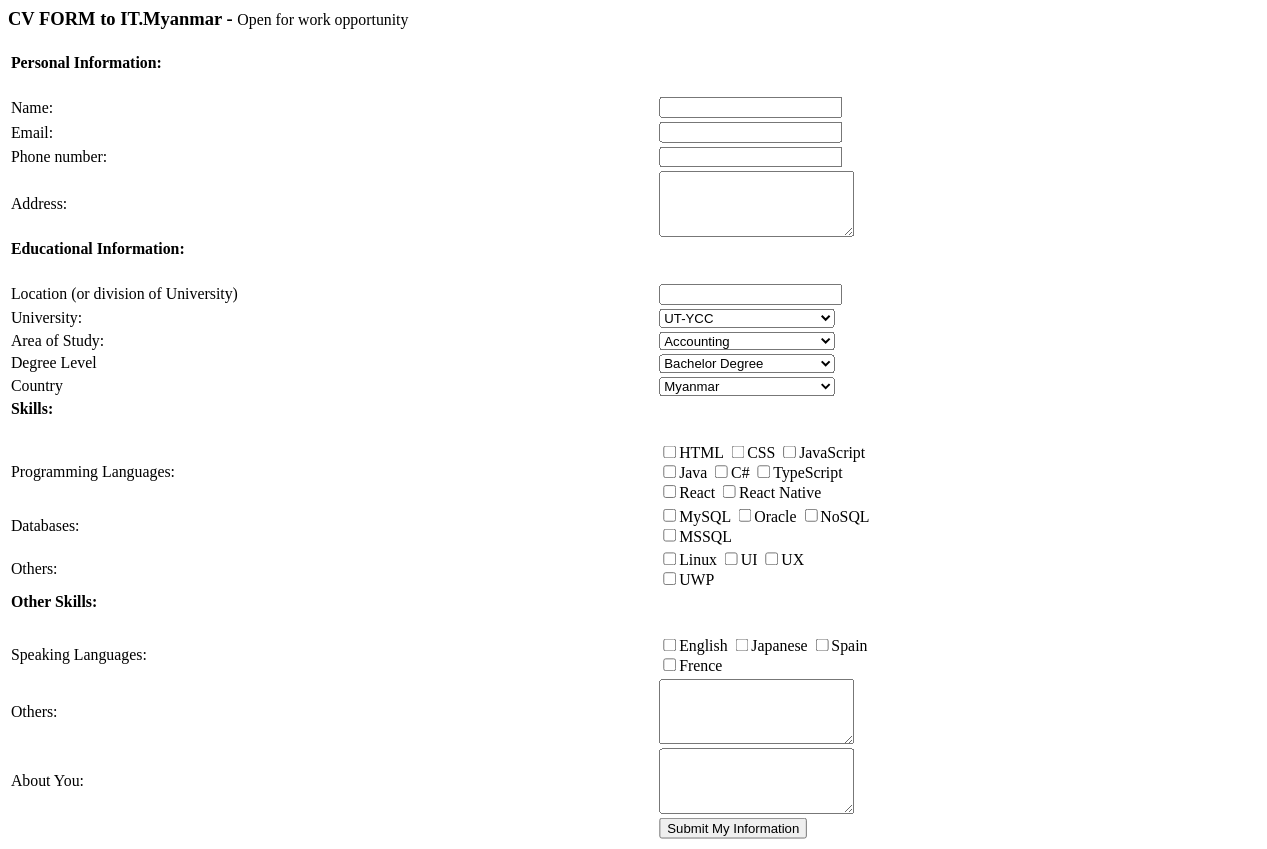
Repository: mrhpn/JavaEE--JSP-SERVLET
Page: JSP_JSTL/WebContent/cv-form.html
These files come from the project's save history. The page is drawn as it stood at one moment and after the next save; the edit follows.
The browser window is 1280 px wide. The pictures show the whole page, at 99% of full size.

Above is the page before, as saved 2021-04-01 10:39:14.

### JSP_JSTL/WebContent/cv-form.html
<h3 style="display:inline;">CV FORM to IT.Myanmar - </h3>
<span>Open for work opportunity</span>

<br><br>

<table style="width:100%">
  <tr>
    <th></th>
    <th></th>
  </tr>
  <tr>
    <td>
      <h4>Personal Information:</h4>
    </td>
  </tr>
  <tr>
    <td>
       Name:
    </td>
    <td>
       <input type="text" name="name" />
    </td>
  </tr>
  <tr>
     <td>
       Email:
    </td>
    <td>
       <input type="email" name="email" />
    </td>
  </tr>
  <tr>
     <td>
       Phone number:
    </td>
    <td>
       <input type="tel" name="phone" />
    </td>
  </tr>
  <tr>
     <td>
       Address:
    </td>
    <td>
      <textarea rows="4" cols="22"></textarea>
    </td>
  </tr>
  <tr>
    <td>
      <h4>Educational Information:</h4>
    </td>
  </tr>
  <tr>
     <td>
       Location (or division of University)
    </td>
    <td>
      <input type="text" name="division">
    </td>
  </tr>
   <tr>
     <td>
       University:
    </td>
    <td>
      <select name="university" required="required" style="width: 177px">
        <option disabled="disabled">Choose University</option>
        <option value="utycc">UT-YCC</option>
        <option value="ucsy">UCSY</option>
        <option value="ucsm">UCSM</option>
		  </select>
    </td>
  </tr>
  <tr>
     <td>
       Area of Study:
    </td>
    <td>
       <select name="areaOfStudy" required="required" style="width: 177px">
        <option disabled="disabled">Choose Area of Study</option>
        <option value="Accounting">Accounting</option>
        <option value="Art">Art</option>
        <option value="Information Technology">Information Technology</option>
		  </select>
    </td>
  </tr>
  <tr>
     <td>
       Degree Level
    </td>
    <td>
       <select name="degreeLevel" required="required" style="width: 177px">
        <option disabled="disabled">Choose Degree Level</option>
        <option value="be">Bachelor Degree</option>
        <option value="me">Master Degree</option>
        <option value="phd">PHD</option>
		  </select>
    </td>
  </tr>
  <tr>
     <td>
       Country
    </td>
    <td>
       <select name="country" required="required" style="width: 177px">
        <option disabled="disabled">Choose Country</option>
        <option value="Myanmar">Myanmar</option>
        <option value="UK">UK</option>
        <option value="USA">USA</option>
		  </select>
    </td>
  </tr>
   <tr>
    <td>
      <h4>Skills:</h4>
    </td>
  </tr>
  <tr>
    <td>
       Programming Languages:
    </td>
    <td>
       <input type="checkbox" name="skillLanguages" value="HTML" />HTML
       <input type="checkbox" name="skillLanguages" value="CSS" />CSS
      <input type="checkbox" name="skillLanguages" value="JavaScript" />JavaScript
      <br>
      <input type="checkbox" name="skillLanguages" value="Java" />Java
      <input type="checkbox" name="skillLanguages" value="C#" />C#
      <input type="checkbox" name="skillLanguages" value="TypeScript" />TypeScript
      <br>
      <input type="checkbox" name="skillLanguages" value="React" />React
      <input type="checkbox" name="skillLanguages" value="React Native" />React Native
      <br>
    </td>
  </tr>
  <tr>
     <td>
       Databases:
    </td>
    <td>
      <input type="checkbox" name="skillDatabases" value="MySQL" />MySQL
      <input type="checkbox" name="skillDatabases" value="Oracle" />Oracle
      <input type="checkbox" name="skillDatabases" value="NoSQL" />NoSQL
      <br>
      <input type="checkbox" name="skillDatabases" value="MSSQL" />MSSQL
    </td>
  </tr>
  <tr>
     <td>
       Others:
    </td>
    <td>
      <input type="checkbox" name="skillOthers" value="Linux" />Linux
      <input type="checkbox" name="skillOthers" value="UI" />UI
      <input type="checkbox" name="skillOthers" value="UX" />UX
      <br>
      <input type="checkbox" name="skillOthers" value="UWP" />UWP
    </td>
  </tr>
   <tr>
    <td>
      <h4>Other Skills:</h4>
    </td>
  </tr>
  <tr>
    <td>
       Speaking Languages:
    </td>
    <td>
       <input type="checkbox" name="skillLanguages" value="English" />English
       <input type="checkbox" name="skillLanguages" value="Japanese" />Japanese
      <input type="checkbox" name="skillLanguages" value="Spain" />Spain
      <br>
      <input type="checkbox" name="skillLanguages" value="Java" />Frence
    </td>
  </tr>
  <tr>
     <td>
       Others:
    </td>
    <td>
      <textarea rows="4" cols="22" name="otherSkillsText"></textarea>
    </td>
  </tr>
  <tr>
    <td>About You:</td>
    <td>
      <textarea rows="4" cols="22" name="aboutYou"></textarea>
    </td>
  </tr>
  <tr>
    <td></td>
    <td>
      <input type="submit" value="Submit My Information">
  </tr>
</table>

After the next save:
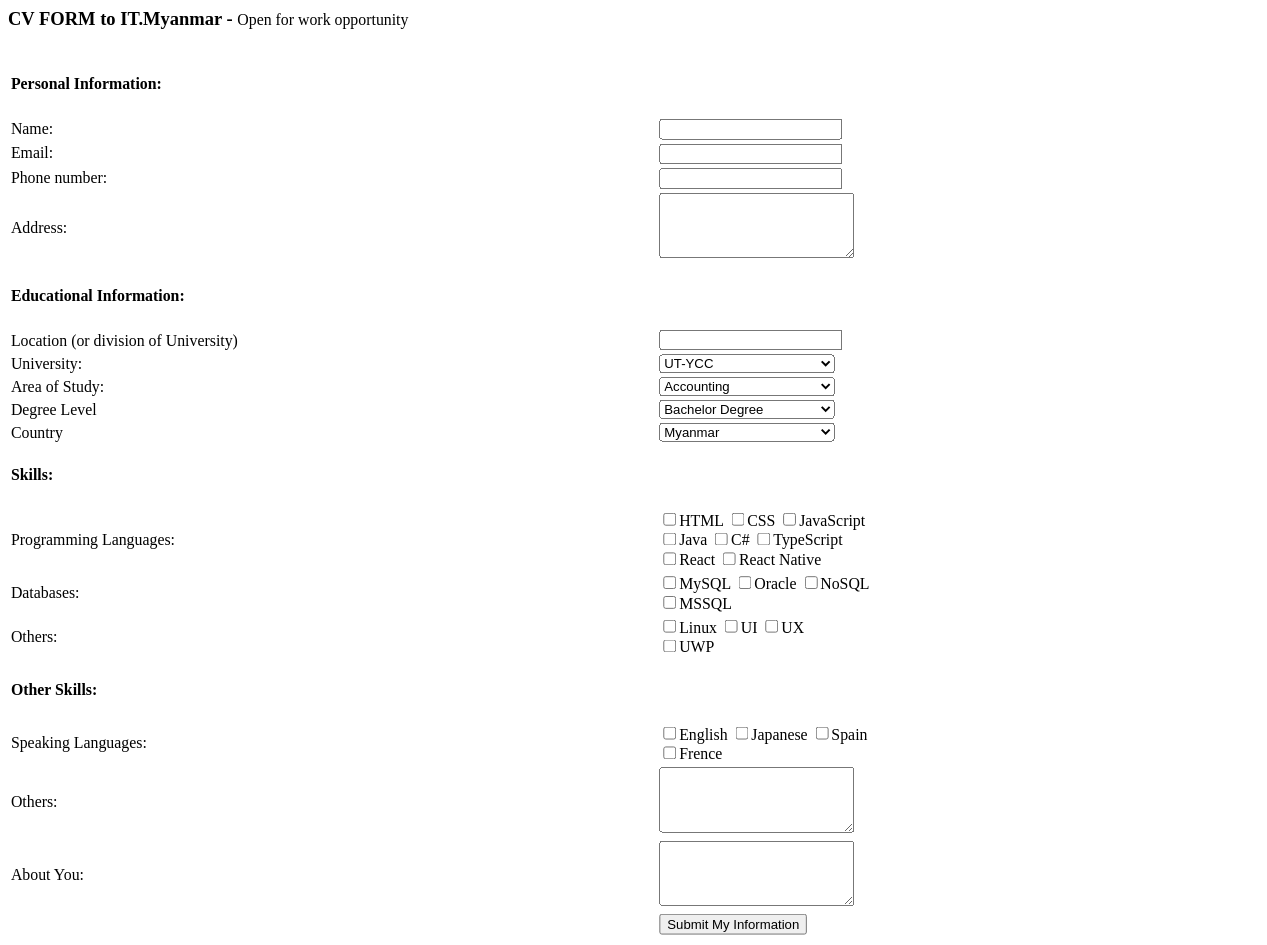
Saved 12 s later.
--- a/JSP_JSTL/WebContent/cv-form.html
+++ b/JSP_JSTL/WebContent/cv-form.html
@@ -1,4 +1,11 @@
-<h3 style="display:inline;">CV FORM to IT.Myanmar - </h3>
+<!DOCTYPE html>
+<html>
+<head>
+<meta charset="ISO-8859-1">
+<title>Insert title here</title>
+</head>
+<body>
+	<h3 style="display:inline;">CV FORM to IT.Myanmar - </h3>
 <span>Open for work opportunity</span>
 
 <br><br>
@@ -194,3 +201,6 @@
       <input type="submit" value="Submit My Information">
   </tr>
 </table>
+
+</body>
+</html>
